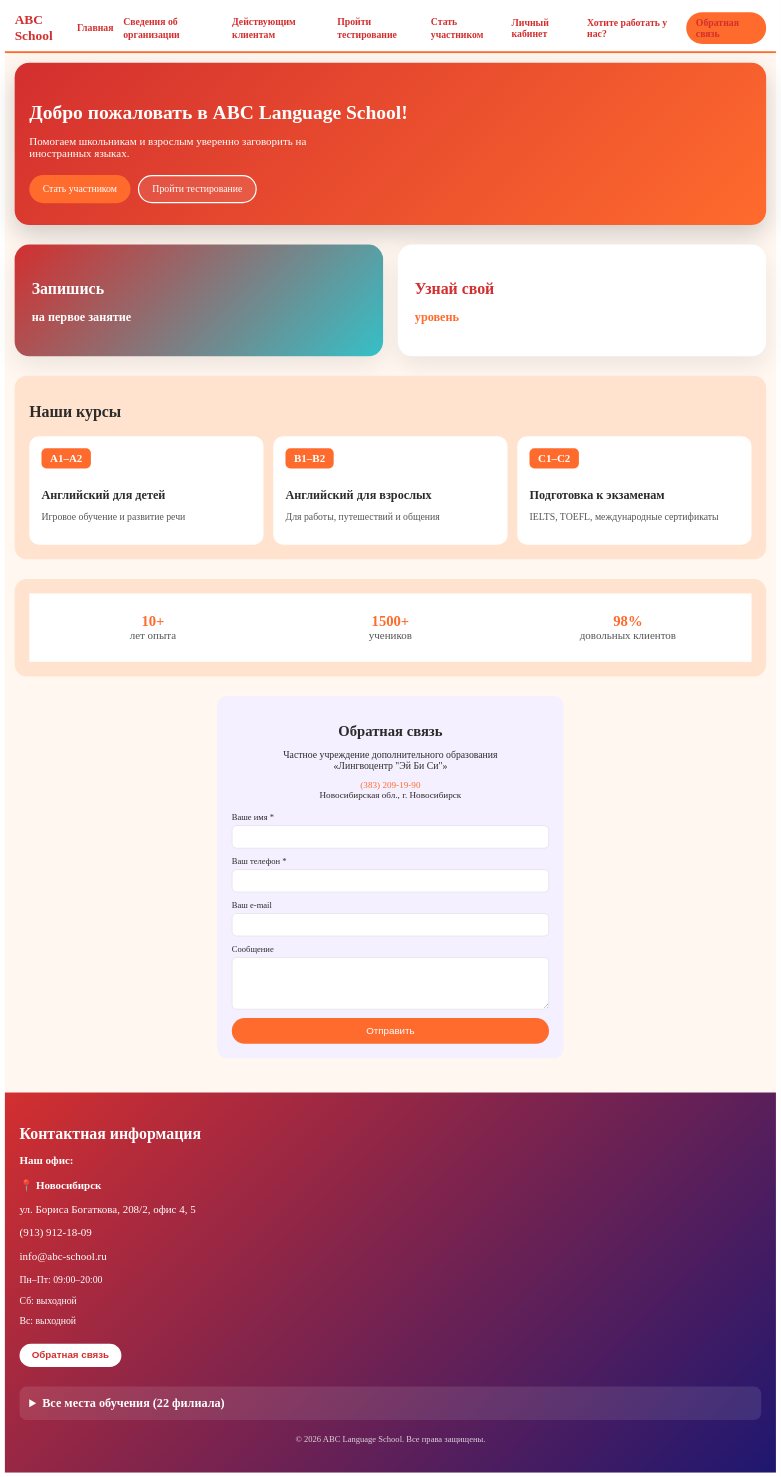
Repository: vidergooold/abc-language-school
Page: / (app in frontend/)
The author's editor kept a copy of each file at every save. The page is drawn from the files as they stood at one save, then again after the next save.
The browser window is 1280 px wide. The pictures show the whole page, at 61% of full size.
The project was rebuilt for these pictures with package versions that can differ from the ones it lists, and the page was loaded fresh each time. Also part of the build but not shown: frontend/vite.config.ts, frontend/src/components/courses/CoursesFilter.vue, frontend/src/components/courses/CourseCard.vue, frontend/src/components/courses/CoursesGrid.vue, frontend/src/pages/Courses.vue, frontend/src/pages/Login.vue, frontend/src/pages/Register.vue, frontend/src/pages/Enroll.vue and 22 more.

Above is the page before, as saved 2026-01-11 21:25:43.

After the next save:
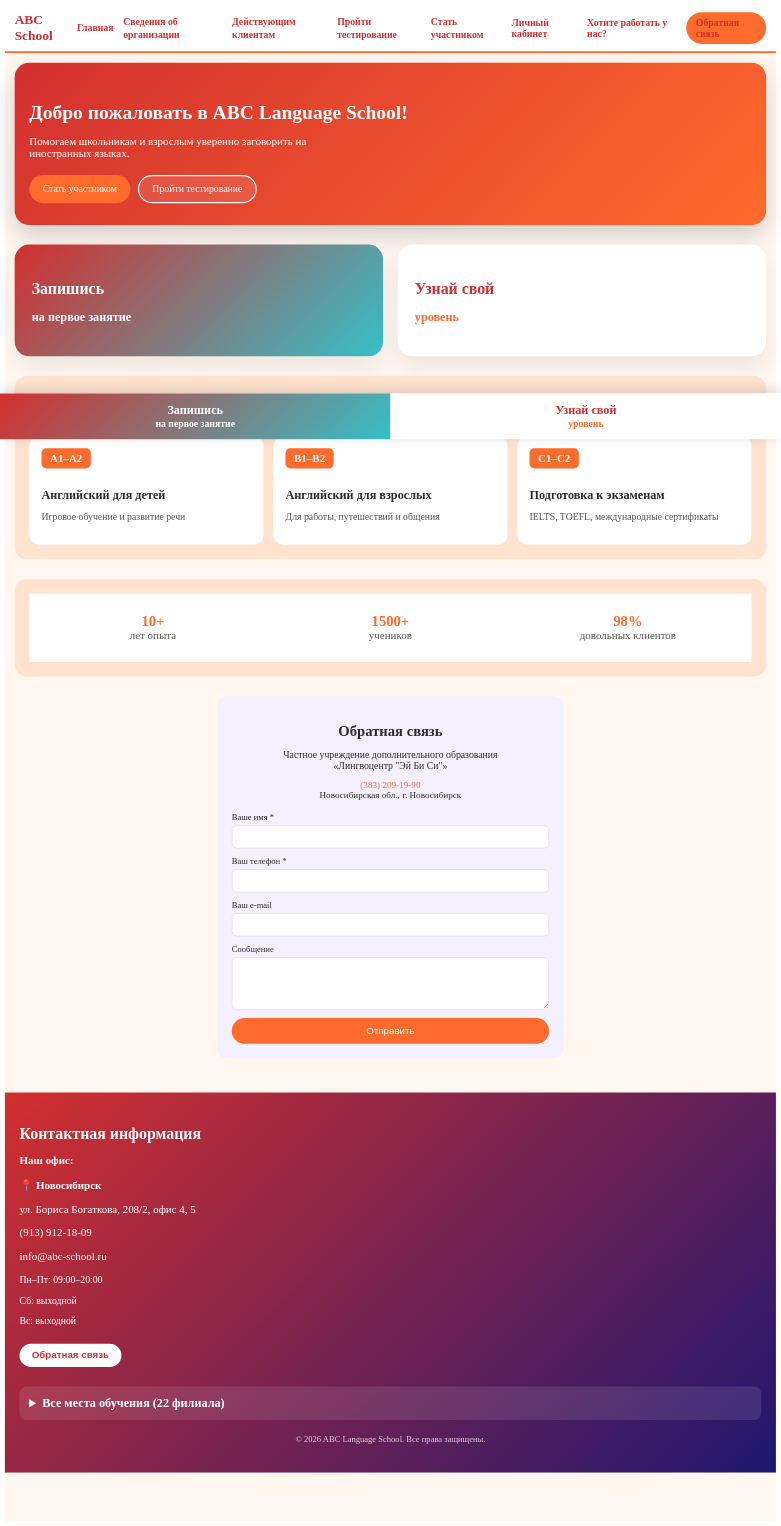
Saved 23 s later.
--- a/frontend/src/App.vue
+++ b/frontend/src/App.vue
@@ -6,6 +6,7 @@
     </main>
     <Footer />
     <ScrollToTop />
+    <FloatingCTA />
   </div>
 </template>
 
@@ -13,6 +14,7 @@
 import Header from './components/layout/Header.vue'
 import Footer from './components/layout/Footer.vue'
 import ScrollToTop from './components/ui/ScrollToTop.vue'
+import FloatingCTA from './components/ui/FloatingCTA.vue'
 </script>
 
 <style scoped>
@@ -23,6 +25,7 @@ import ScrollToTop from './components/ui/ScrollToTop.vue'
   background: var(--bg-main);
   color: var(--text-main);
   font-size: var(--font-size-base);
+  padding-bottom: 80px; /* отступ снизу под фиксированные кнопки */
 }
 
 .app-main {
